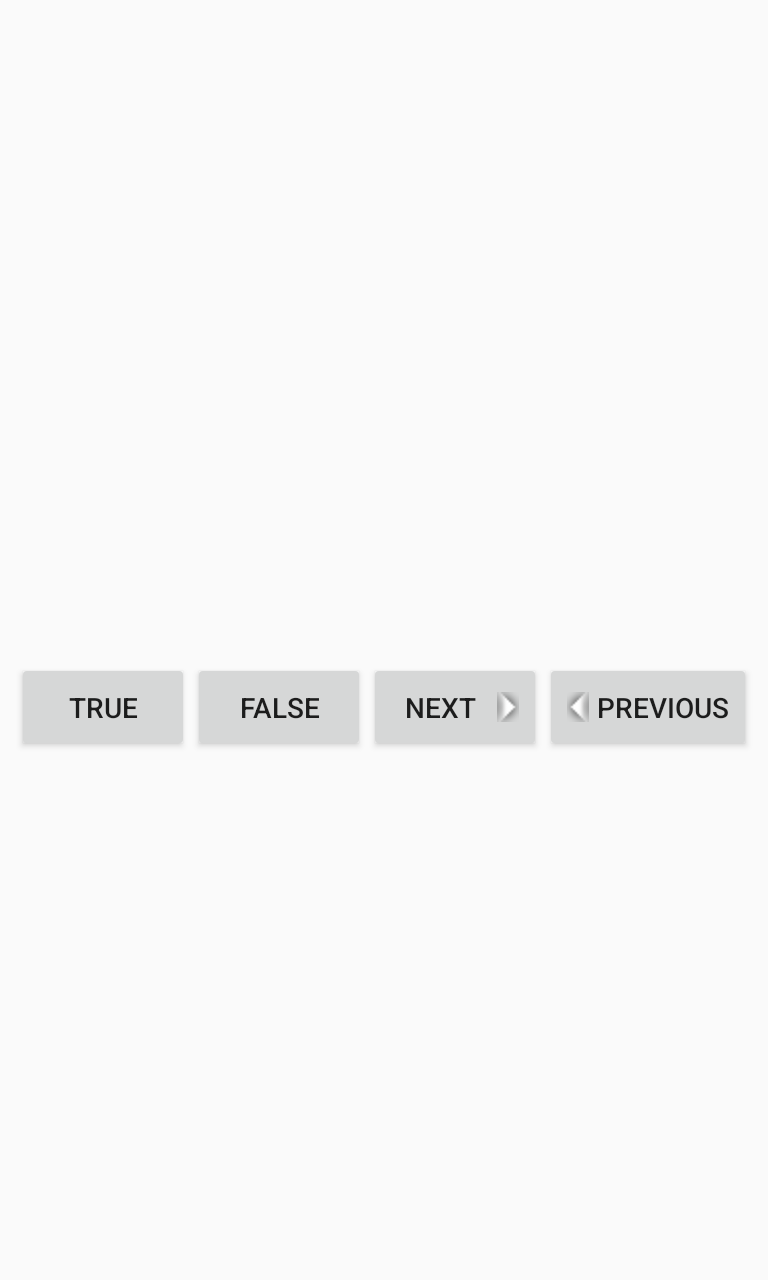
Repository: DaleJulian/AndroidTraining
Layout: GeoQuiz/res/layout/activity_quiz.xml
An editor plug-in stored every save of this project. The layout is shown before and after the next save, followed by the edit.
It is drawn on a 768 x 1280 px phone screen (xhdpi) without system bars, with theme AppTheme; the app's code is not run.

Above is the layout before, as saved 2015-05-26 02:19:54.

After the next save:
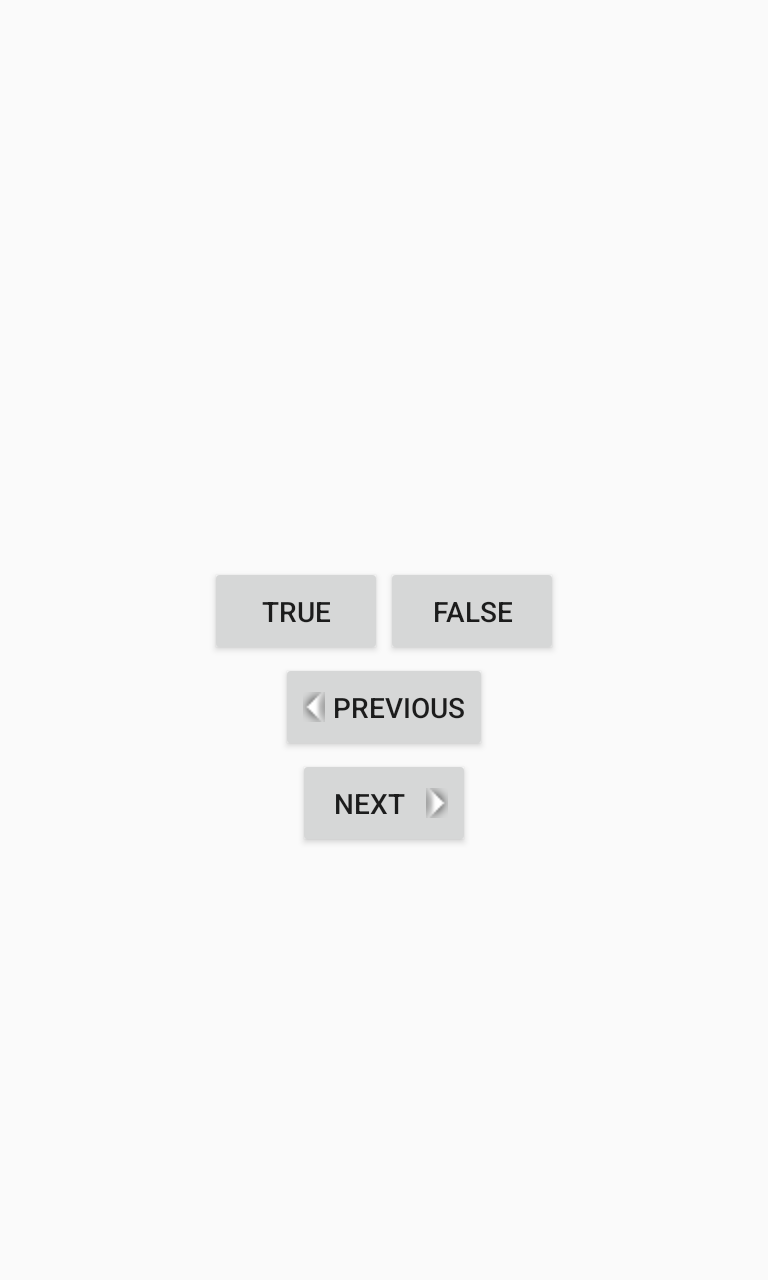
Saved 83 s later.
--- a/GeoQuiz/res/layout/activity_quiz.xml
+++ b/GeoQuiz/res/layout/activity_quiz.xml
@@ -25,21 +25,22 @@
 			android:layout_width="wrap_content"
 			android:layout_height="wrap_content"
 			android:text="@string/button_false" />
-		<Button
-		    android:id="@+id/next_button"
-		    android:layout_width="wrap_content"
-		    android:layout_height="wrap_content"
-		    android:text="@string/button_next"
-		    android:drawableRight="@drawable/arrow_right"
-		    android:drawablePadding="4dp"/>
-		<Button
-		    android:id="@+id/previous)Button"
-		    android:layout_width="wrap_content"
-		    android:layout_height="wrap_content"
-		    android:text="@string/button_previous"
-		    android:drawableLeft="@drawable/arrow_left"
-		    android:drawablePadding="4dp"
-		    />
 	</LinearLayout>
 
+	<Button
+	    android:id="@+id/previous_Button"
+	    android:layout_width="wrap_content"
+	    android:layout_height="wrap_content"
+	    android:drawableLeft="@drawable/arrow_left"
+	    android:drawablePadding="4dp"
+	    android:text="@string/button_previous" />
+
+	<Button
+	    android:id="@+id/next_button"
+	    android:layout_width="wrap_content"
+	    android:layout_height="wrap_content"
+	    android:drawablePadding="4dp"
+	    android:drawableRight="@drawable/arrow_right"
+	    android:text="@string/button_next" />
+
 </LinearLayout>
